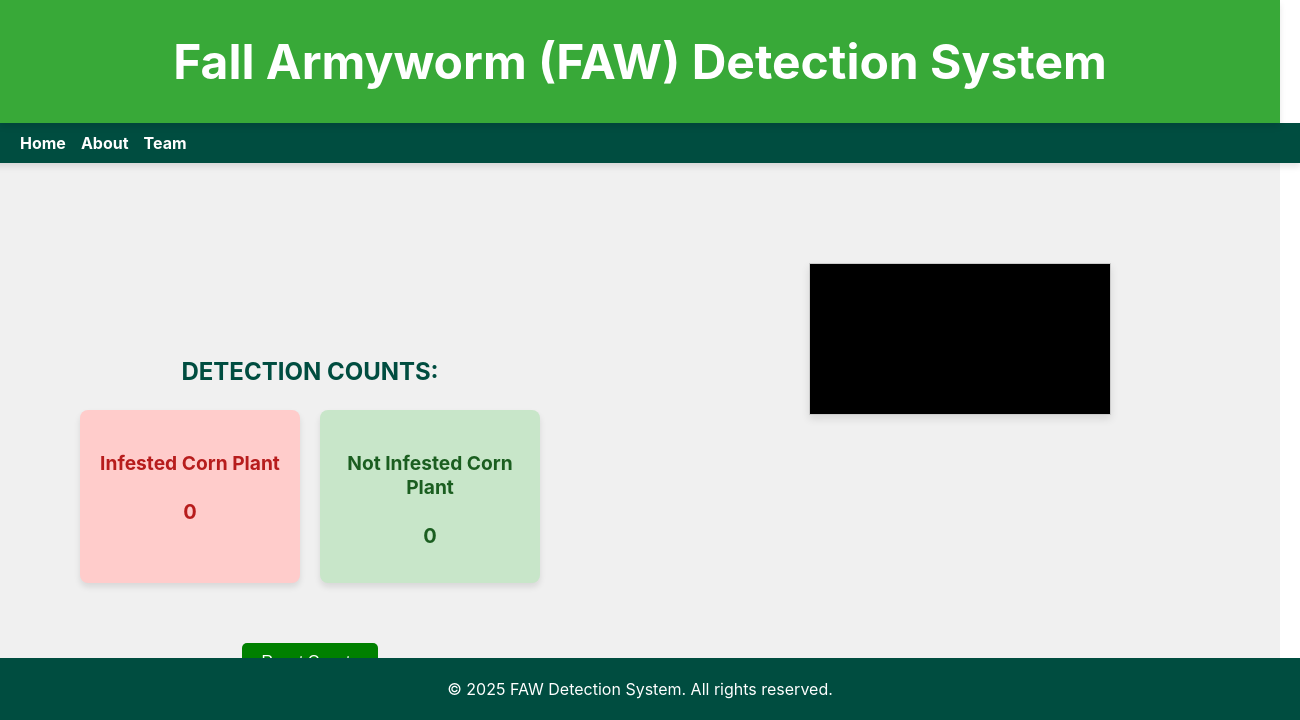
Repository: jansen223/faw-detection-main
Page: /
These files come from the project's save history. The page is drawn as it stood at one moment and after the next save; the edit follows.
The browser window is 1280 px wide. The page is 1300 px wide, so the pictures cover 1300 px, including what lies to the right of the window. The pictures show the whole page.
The page's requests for data from a server got no answer. The project was rebuilt for these pictures with package versions that can differ from the ones it lists, and the page was loaded fresh each time. No one was signed in, and anything a server would have sent is missing. Also part of the build but not shown: src/pages/About.css, src/pages/About.js, src/pages/Team.css, src/pages/Team.js.

Above is the page before, as saved 2025-04-10 11:07:15.

After the next save:
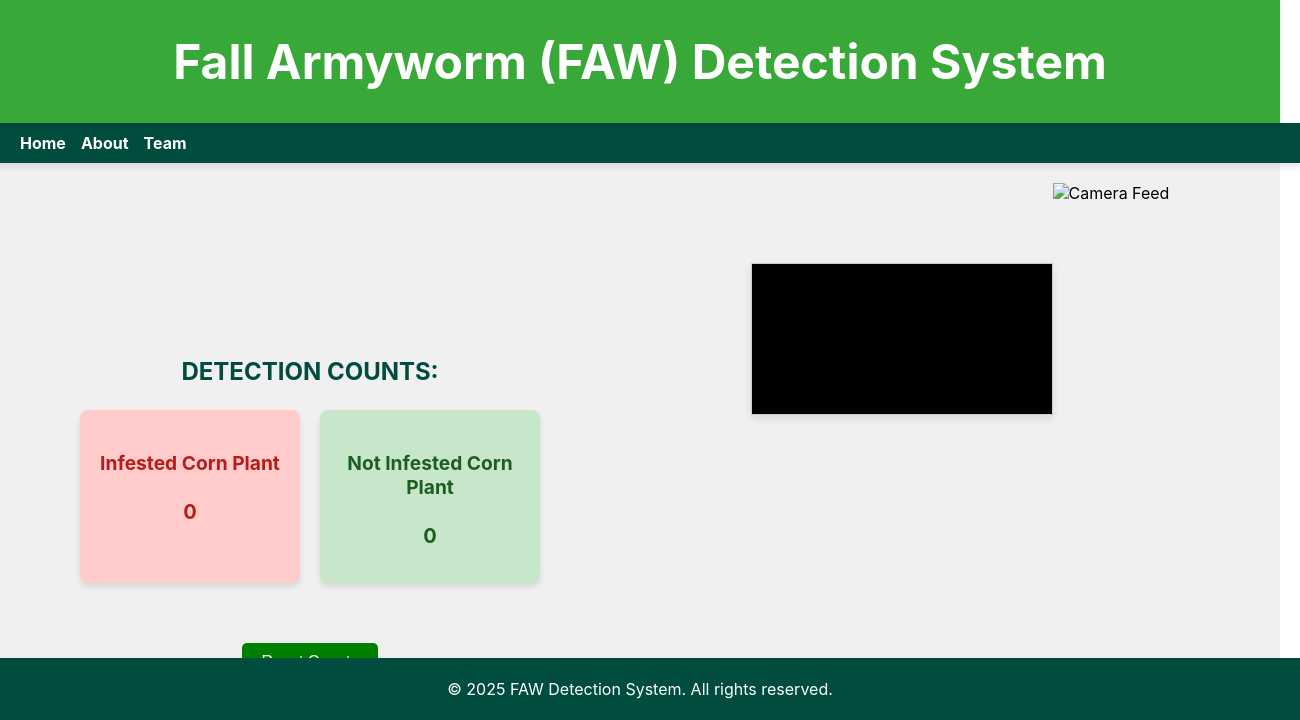
Saved 91 s later.
--- a/src/pages/Home.js
+++ b/src/pages/Home.js
@@ -25,6 +25,7 @@
       {/* Camera Section */}
       <div className="camera-section">
         <canvas ref={canvasRef} />
+        <img src="http://<ESP32_IP>/stream" alt="Camera Feed" style={{ maxWidth: '100%' }} />
       </div>
     </div>
   );

After the save that followed:
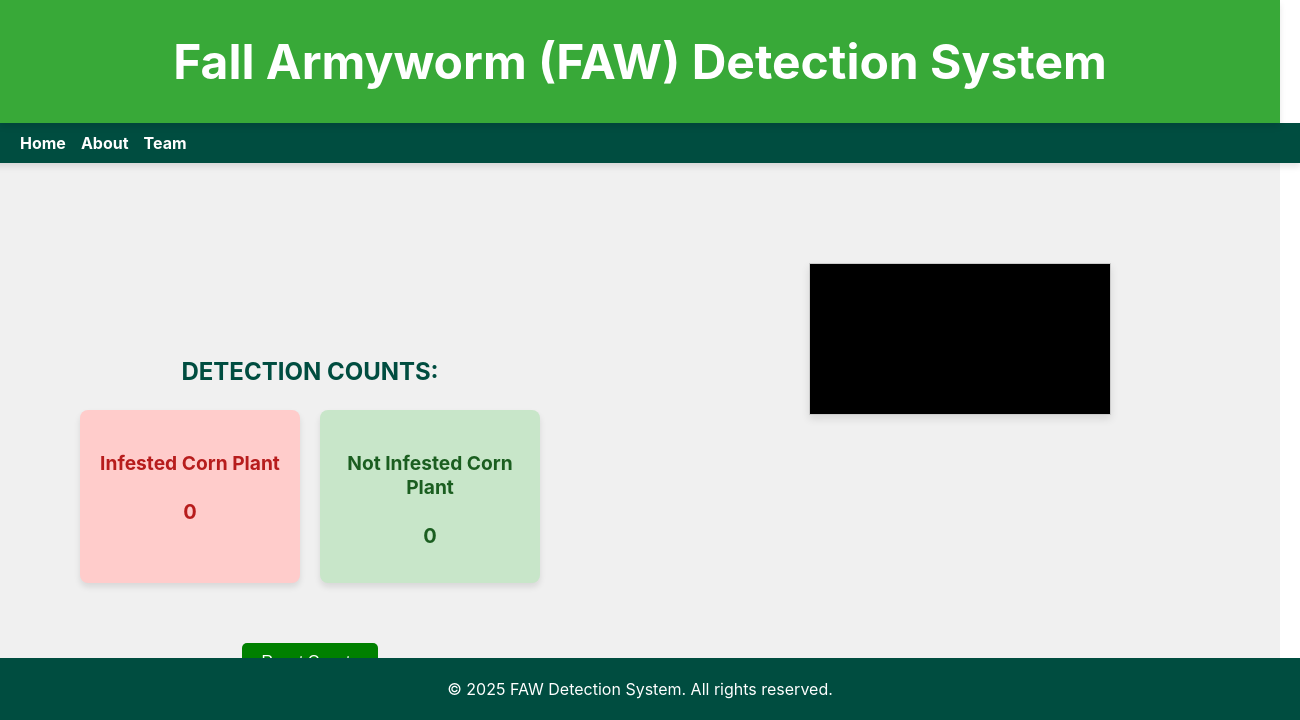
Saved 64 s later.
--- a/src/pages/Home.js
+++ b/src/pages/Home.js
@@ -25,7 +25,6 @@
       {/* Camera Section */}
       <div className="camera-section">
         <canvas ref={canvasRef} />
-        <img src="http://<ESP32_IP>/stream" alt="Camera Feed" style={{ maxWidth: '100%' }} />
       </div>
     </div>
   );
